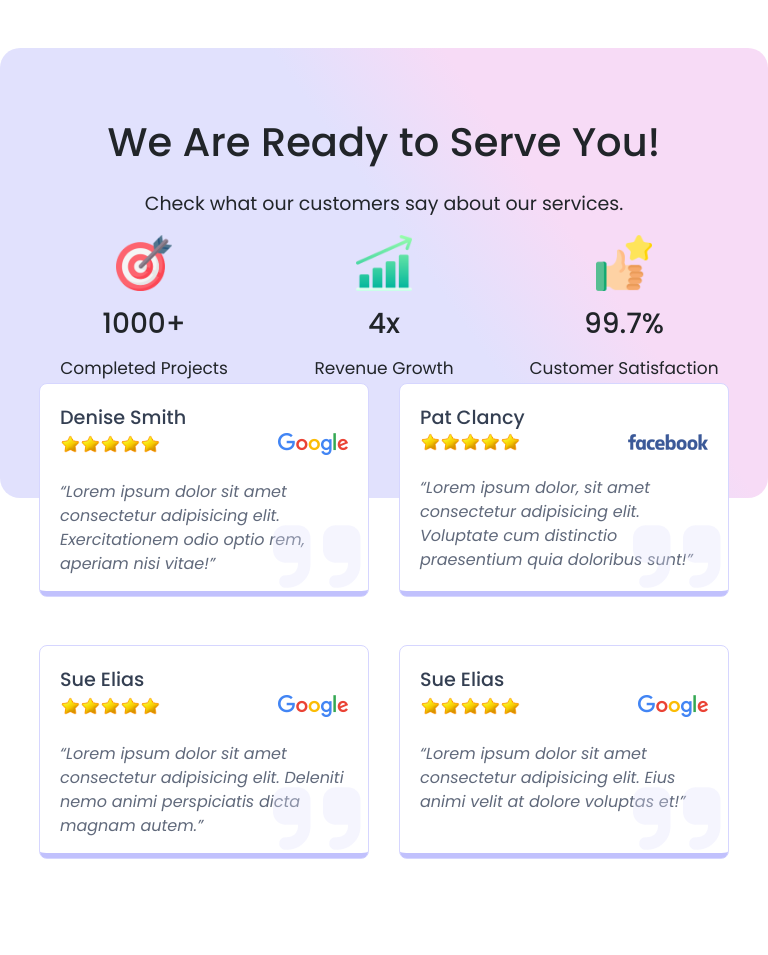
Repository: nazmulalok/review-section-1
Page: index.html
The author's editor kept a copy of each file at every save. The page is drawn from the files as they stood at one save, then again after the next save.
The browser window is 768 px wide. The pictures show the whole page.
Some web libraries are served in a nearby version.

Above is the page before, as saved 2022-08-15 01:10:43.

### index.html
<!DOCTYPE html>
<html lang="en">

    <head>
        <meta charset="UTF-8">
        <meta http-equiv="X-UA-Compatible" content="IE=edge">
        <meta name="viewport" content="width=device-width, initial-scale=1.0">
        <title>Review Section</title>
        <link rel="stylesheet" href="https://cdnjs.cloudflare.com/ajax/libs/font-awesome/6.1.2/css/all.min.css"
            integrity="sha512-1sCRPdkRXhBV2PBLUdRb4tMg1w2YPf37qatUFeS7zlBy7jJI8Lf4VHwWfZZfpXtYSLy85pkm9GaYVYMfw5BC1A=="
            crossorigin="anonymous" referrerpolicy="no-referrer" />
        <link rel="preconnect" href="https://fonts.googleapis.com">
        <link rel="preconnect" href="https://fonts.gstatic.com" crossorigin>
        <link
            href="https://fonts.googleapis.com/css2?family=Poppins:ital,wght@0,300;0,400;0,500;0,600;0,700;0,800;0,900;1,300;1,400;1,500;1,600;1,700;1,800;1,900&display=swap"
            rel="stylesheet">
        <link rel="stylesheet" href="https://cdn.jsdelivr.net/npm/bootstrap@4.0.0/dist/css/bootstrap.min.css"
            integrity="sha384-Gn5384xqQ1aoWXA+058RXPxPg6fy4IWvTNh0E263XmFcJlSAwiGgFAW/dAiS6JXm" crossorigin="anonymous">
        <link rel="stylesheet" href="style.css">
    </head>

    <body class="my-5">
        <section class="service-sec py-70 mt-5">
            <div class="container">
                <div class="row align-items-center">
                    <div class="col-lg-4">
                        <h1 class="mb-4 text-md-center text-lg-left">We Are Ready to Serve You!</h1>
                        <p class="sec-pg text-md-center text-lg-left">Check what our customers say about our services.
                        </p>
                    </div>
                    <div class="col-lg-8">
                        <div class="row align-items-center">
                            <div class="col-md-4 d-flex flex-column align-items-center">
                                <img src="images/target.png" alt="Target Projects" class="review-sec-img">
                                <h3 class="my-3">1000+</h3>
                                <p>Completed Projects</p>
                            </div>
                            <div class="col-md-4 d-flex flex-column align-items-center">
                                <img src="images/growth.png" alt="Target Projects" class="review-sec-img">
                                <h3 class="my-3">4x</h3>
                                <p>Revenue Growth</p>
                            </div>
                            <div class="col-md-4 d-flex flex-column align-items-center">
                                <img src="images/satisfaction.png" alt="Target Projects" class="review-sec-img">
                                <h3 class="my-3">99.7%</h3>
                                <p>Customer Satisfaction</p>
                            </div>
                        </div>
                    </div>
                </div>
            </div>
        </section>
        <section class="review-sec">
            <div class="container">
                <div class="row justify-content-center">
                    <div class="col-sm-12 col-md-6 col-lg-3 mb-5 mb-lg-0 d-flex align-items-stretch">
                        <div class="single-review-box">
                            <div class="review-info">
                                <div class="user-title">
                                    <a href="#">Denise Smith</a>
                                </div>
                                <div class="review-img">
                                    <img src="images/5-stars.png" alt="5 Stars" title="5 Stars" width="100" height="18">
                                    <img src="images/google.png" width="70" height="22" alt="Google">
                                </div>
                            </div>
                            <div class="review-content">
                                <blockquote>“Lorem ipsum dolor sit amet consectetur adipisicing elit. Exercitationem
                                    odio
                                    optio rem, aperiam nisi vitae!”</blockquote>
                            </div>
                        </div>
                    </div>
                    <div class="col-sm-12 col-md-6 col-lg-3 mb-5 mb-lg-0 d-flex align-items-stretch">
                        <div class="single-review-box">
                            <div class="review-info">
                                <div class="user-title">
                                    <a href="#">Pat Clancy</a>
                                </div>
                                <div class="review-img">
                                    <img src="images/5-stars.png" alt="5 Stars" title="5 Stars" width="100" height="18">
                                    <img src="/images/facebook.png" width="80" height="16" alt="Facebook">
                                </div>
                            </div>
                            <div class="review-content">
                                <blockquote>“Lorem ipsum dolor, sit amet consectetur adipisicing elit. Voluptate cum
                                    distinctio praesentium quia doloribus sunt!”</blockquote>
                            </div>
                        </div>
                    </div>
                    <div class="col-sm-12 col-md-6 col-lg-3 mb-5 mb-lg-0 d-flex align-items-stretch">
                        <div class="single-review-box">
                            <div class="review-info">
                                <div class="user-title">
                                    <a href="#">Sue Elias</a>
                                </div>
                                <div class="review-img">
                                    <img src="images/5-stars.png" alt="5 Stars" title="5 Stars" width="100" height="18">
                                    <img src="images/google.png" width="70" height="22" alt="Google">
                                </div>
                            </div>
                            <div class="review-content">
                                <blockquote>“Lorem ipsum dolor sit amet consectetur adipisicing elit. Deleniti nemo
                                    animi
                                    perspiciatis dicta magnam autem.”</blockquote>
                            </div>
                        </div>
                    </div>
                    <div class="col-sm-12 col-md-6 col-lg-3 mb-5 mb-lg-0 d-flex align-items-stretch">
                        <div class="single-review-box">
                            <div class="review-info">
                                <div class="user-title">
                                    <a href="#">Sue Elias</a>
                                </div>
                                <div class="review-img">
                                    <img src="images/5-stars.png" alt="5 Stars" title="5 Stars" width="100" height="18">
                                    <img src="images/google.png" width="70" height="22" alt="Google">
                                </div>
                            </div>
                            <div class="review-content">
                                <blockquote>“Lorem ipsum dolor sit amet consectetur adipisicing elit. Eius animi velit
                                    at
                                    dolore voluptas et!”</blockquote>
                            </div>
                        </div>
                    </div>
                </div>
            </div>
        </section>







        <script src="https://code.jquery.com/jquery-3.2.1.slim.min.js"
            integrity="sha384-KJ3o2DKtIkvYIK3UENzmM7KCkRr/rE9/Qpg6aAZGJwFDMVNA/GpGFF93hXpG5KkN"
            crossorigin="anonymous"></script>
        <script src="https://cdn.jsdelivr.net/npm/popper.js@1.12.9/dist/umd/popper.min.js"
            integrity="sha384-ApNbgh9B+Y1QKtv3Rn7W3mgPxhU9K/ScQsAP7hUibX39j7fakFPskvXusvfa0b4Q"
            crossorigin="anonymous"></script>
        <script src="https://cdn.jsdelivr.net/npm/bootstrap@4.0.0/dist/js/bootstrap.min.js"
            integrity="sha384-JZR6Spejh4U02d8jOt6vLEHfe/JQGiRRSQQxSfFWpi1MquVdAyjUar5+76PVCmYl"
            crossorigin="anonymous"></script>
    </body>

</html>

### style.css
body {
    font-family: 'Poppins', sans-serif;
}

.py-70 {
    padding: 70px 0;
}

.service-sec {
    background: linear-gradient(55deg, rgba(225, 225, 253, 1) 54%, rgba(247, 219, 246, 1) 70%);
    border-radius: 20px;
    min-height: 450px;
}

.sec-pg {
    font-size: 19px !important;
}

.service-sec p {
    font-size: 17px;
}

img.review-sec-img {
    width: 3.5rem;
}

.review-sec {
    margin-top: -115px;
}

.single-review-box {
    background-color: #fff;
    border-radius: 0.5rem;
    padding: 20px;
    border: 1px solid #d6d6ff;
    position: relative;
}

.single-review-box:after {
    content: "";
    bottom: 0;
    top: 0;
    left: 0;
    right: 0;
    border-bottom: 5px solid #c1c1fd;
    border-bottom-left-radius: 0.4rem;
    border-bottom-right-radius: 0.4rem;
    position: absolute;
}

.review-info .user-title a {
    font-size: 1.2rem;
    font-weight: 500;
    color: #343f52;
}

.single-review-box .review-info .review-img {
    display: flex;
    justify-content: space-between;
    margin-bottom: 25px;
}

.single-review-box .review-info img {
    max-width: 100px;
    align-self: center;
}

.single-review-box hr {
    border-top: 1px solid whitesmoke;
}

.review-content blockquote {
    color: #60697b;
    margin-bottom: 0px;
    font-style: italic;
}

.review-content:before {
    content: '\f10e';
    font-family: 'FontAwesome';
    bottom: 90px;
    right: 70px;
    position: absolute;
    width: 25px;
    font-size: 100px;
    height: 24px;
    color: rgb(225 225 253 / 34%);
}

After the next save:
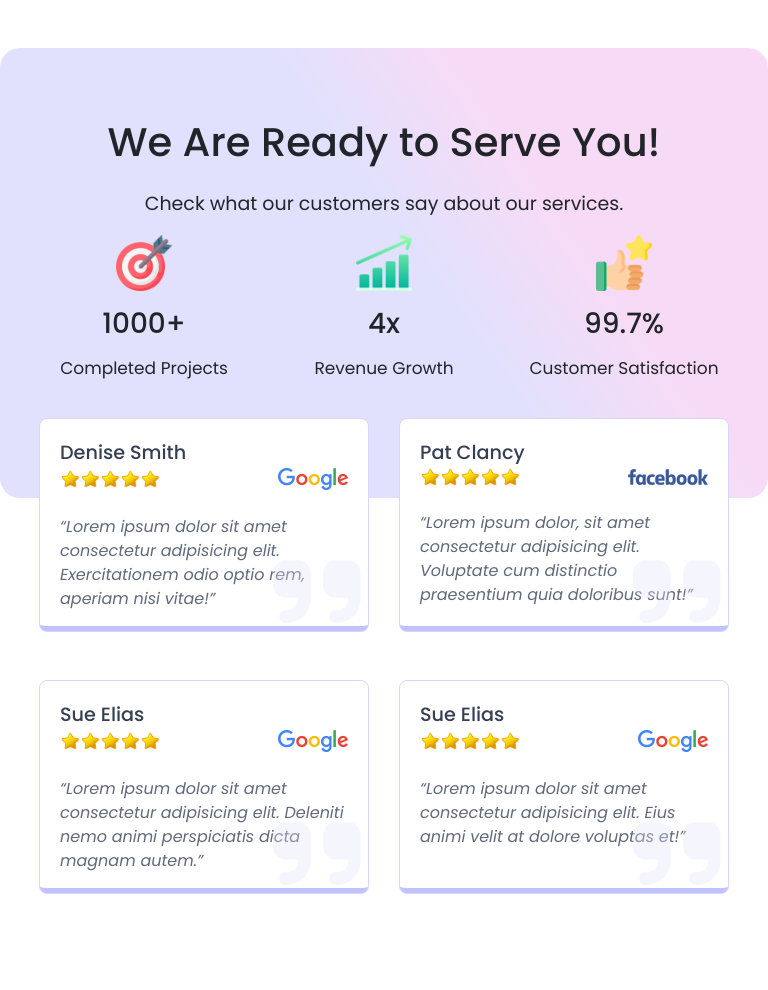
Saved 2 min 31 s later.
--- a/style.css
+++ b/style.css
@@ -86,3 +86,12 @@
     height: 24px;
     color: rgb(225 225 253 / 34%);
 }
+
+
+/* Media Queries */
+
+@media (max-width: 991px) {
+    .review-sec {
+        margin-top: -80px;
+    }
+}
